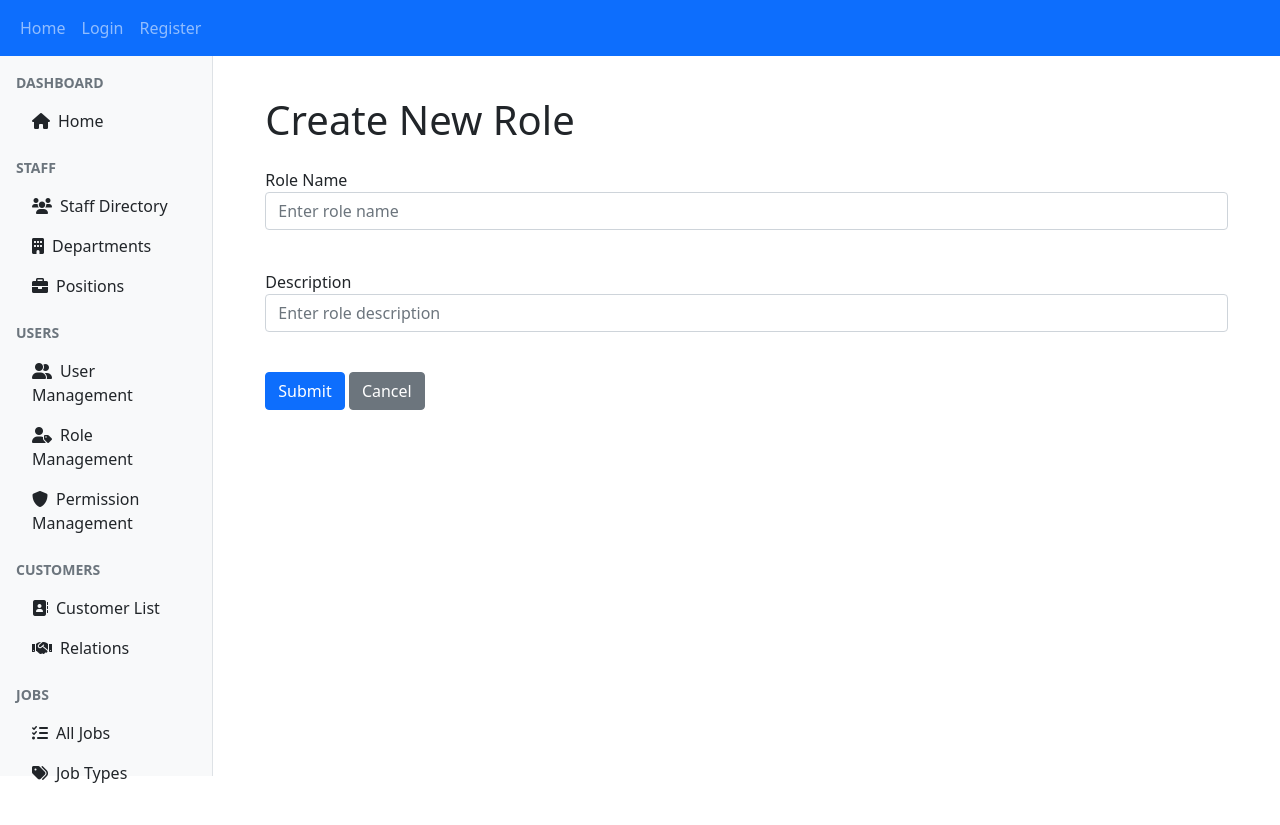
Repository: Matsikembareb/myPowervision
Page: http://localhost/create-role
The author's editor kept a copy of each file at every save. The page is drawn from the files as they stood at one save, then again after the next save.
The browser window is 1280 px wide. The pictures show the whole page.
The page is served by the project's application, run on Flask 3 (01prototype/myPowervision/__init__.py).

Above is the page before, as saved 2025-09-26 14:50:12.

After the next save:
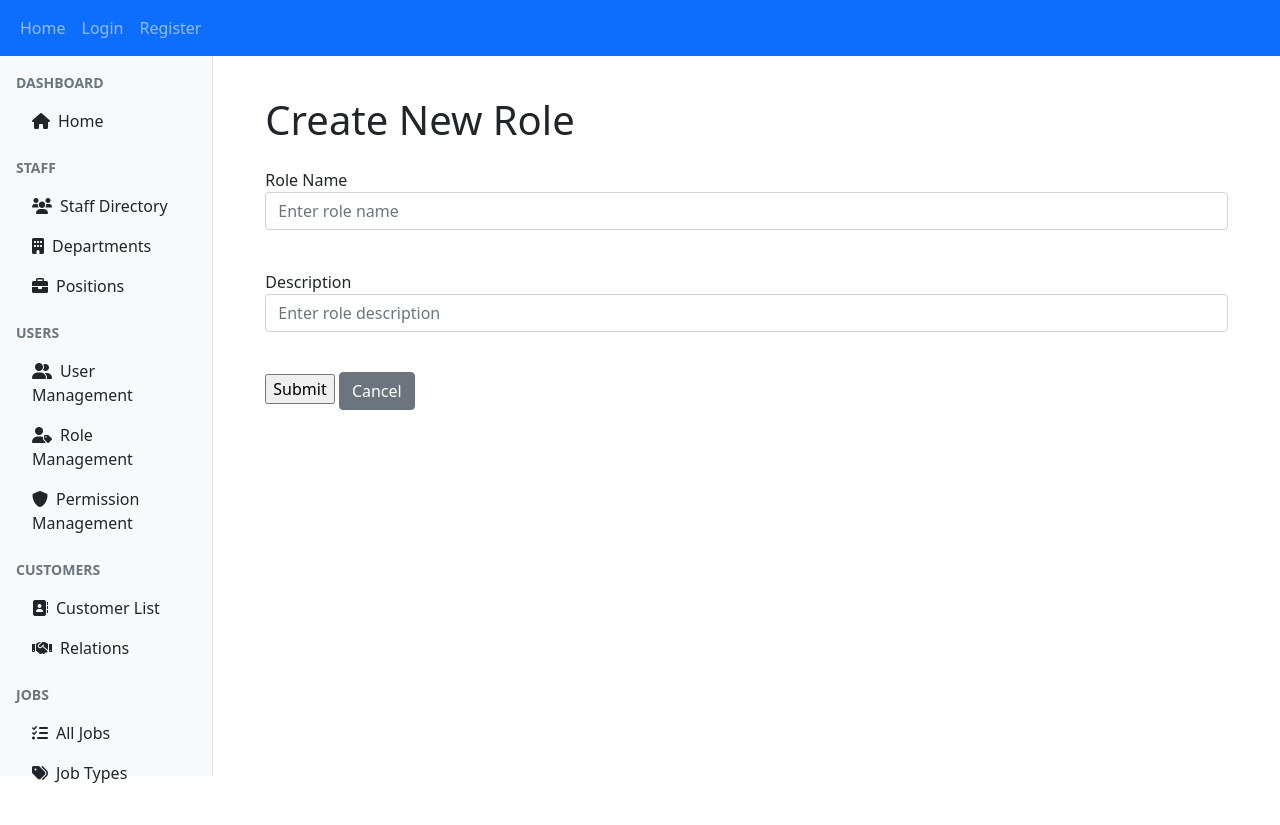
Saved 5 min 3 s later.
--- a/01prototype/myPowervision/templates/user_management/create_role.html
+++ b/01prototype/myPowervision/templates/user_management/create_role.html
@@ -19,7 +19,7 @@
         {% endfor %}
       </p>
       <p>
-        {{ form.submit(class="btn btn-primary") }}
+        {{ form.submit() }}
         <a href="{{ url_for('roleManagement') }}" class="btn btn-secondary">Cancel</a>
       </p>
     </form>

After the save that followed:
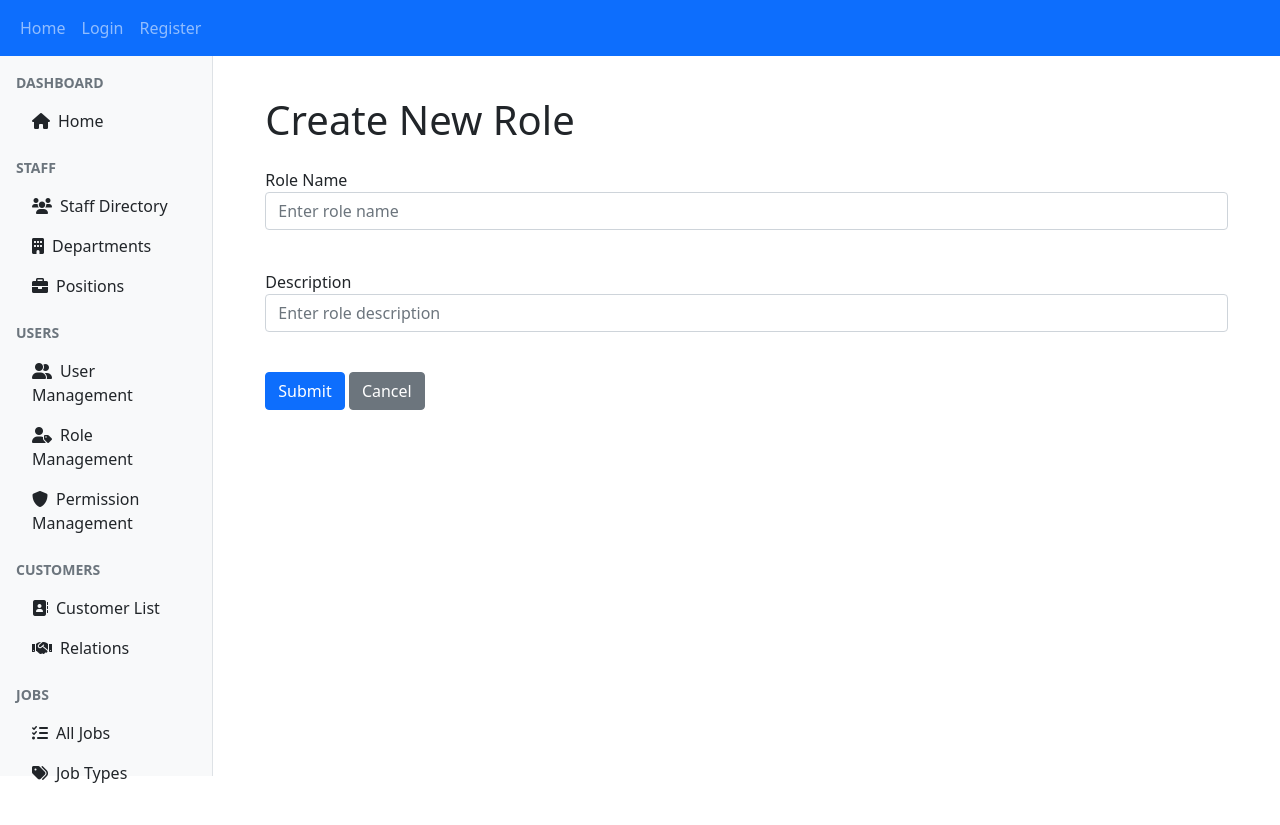
Saved 7 s later.
--- a/01prototype/myPowervision/templates/user_management/create_role.html
+++ b/01prototype/myPowervision/templates/user_management/create_role.html
@@ -19,7 +19,7 @@
         {% endfor %}
       </p>
       <p>
-        {{ form.submit() }}
+        {{ form.submit(class="btn btn-primary") }}
         <a href="{{ url_for('roleManagement') }}" class="btn btn-secondary">Cancel</a>
       </p>
     </form>
